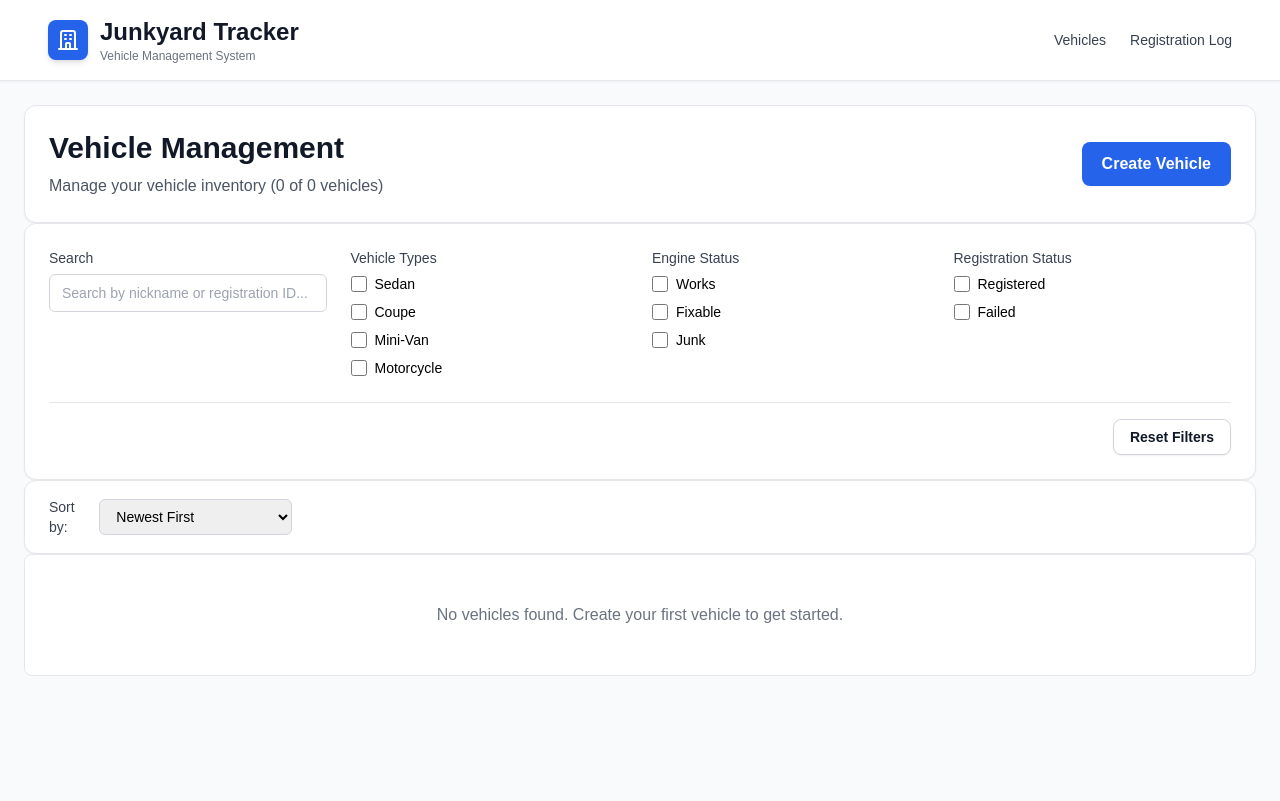
Repository: atomek88/vehicle-store
Page: /vehicles
These files come from the project's save history. The page is drawn as it stood at one moment and after a run of saves; the edit follows.
The browser window is 1280 px wide. The pictures show the whole page.
The project was rebuilt for these pictures with package versions that can differ from the ones it lists, and the page was loaded fresh each time. The framework's server and built-in components were replaced by stand-ins that run in the browser. Also part of the build but not shown: next.config.ts, src/components/ui/Badge.tsx, src/components/vehicle/SedanFields.tsx, src/components/vehicle/CoupeFields.tsx, src/components/vehicle/MiniVanFields.tsx, src/components/vehicle/MotorcycleFields.tsx, src/components/vehicle/VehicleForm.tsx, src/components/ui/ConfirmDialog.tsx.

Above is the page before, as saved 2026-01-21 00:35:45.

### app/layout.tsx
import type { Metadata } from "next";
import { Geist, Geist_Mono } from "next/font/google";
import "./globals.css";
import { ToastProvider } from "@/hooks/use-toast";
import { VehicleProvider } from "@/hooks/use-vehicles";
import { ToastContainer } from "@/components/ui/Toast";
import { Header } from "@/components/layout/Header";

const geistSans = Geist({
  variable: "--font-geist-sans",
  subsets: ["latin"],
});

const geistMono = Geist_Mono({
  variable: "--font-geist-mono",
  subsets: ["latin"],
});

export const metadata: Metadata = {
  title: "Vehicle Management System",
  description: "Manage your vehicle inventory",
};

export default function RootLayout({
  children,
}: Readonly<{
  children: React.ReactNode;
}>) {
  return (
    <html lang="en">
      <body
        className={`${geistSans.variable} ${geistMono.variable} antialiased`}
        suppressHydrationWarning
      >
        <VehicleProvider>
          <ToastProvider>
            <Header />
            {children}
            <ToastContainer />
          </ToastProvider>
        </VehicleProvider>
      </body>
    </html>
  );
}

### app/vehicles/page.tsx
'use client';

import { useState } from 'react';
import { useRouter } from 'next/navigation';
import { useVehicles } from '@/hooks/use-vehicles';
import { useToast } from '@/hooks/use-toast';
import { VehicleTable } from '@/components/vehicle/VehicleTable';
import { FiltersBar } from '@/components/vehicle/FiltersBar';
import { VehicleForm } from '@/components/vehicle/VehicleForm';
import { Button } from '@/components/ui/Button';
import { ConfirmDialog } from '@/components/ui/ConfirmDialog';
import { Select } from '@/components/ui/Select';
import { VehicleSorting } from '@/types';

export default function VehiclesPage() {
  const router = useRouter();
  const { state, filteredVehicles, setFilters, resetFilters, setSorting, createVehicle, deleteVehicle } = useVehicles();
  const { showToast } = useToast();
  const [isCreateModalOpen, setIsCreateModalOpen] = useState(false);
  const [deleteConfirm, setDeleteConfirm] = useState<{ isOpen: boolean; vehicleId: string | null }>({
    isOpen: false,
    vehicleId: null,
  });

  const handleDelete = async () => {
    if (!deleteConfirm.vehicleId) return;

    const result = await deleteVehicle(deleteConfirm.vehicleId);

    if (result.ok) {
      showToast('success', 'Vehicle deleted successfully');
    } else {
      showToast('error', result.error);
    }

    setDeleteConfirm({ isOpen: false, vehicleId: null });
  };

  const handleSortChange = (value: string) => {
    const [key, direction] = value.split('-') as [VehicleSorting['key'], VehicleSorting['direction']];
    setSorting({ key, direction });
  };

  const handleSeedData = async () => {
    const seedVehicles = [
      {
        type: 'sedan' as const,
        nickname: 'Family Sedan',
        mileage: 50000,
        wheels: 4,
        doors: 4,
        engineStatus: 'works' as const,
      },
      {
        type: 'coupe' as const,
        nickname: 'Sports Coupe',
        mileage: 25000,
        wheels: 4,
        doors: 2,
        engineStatus: 'fixable' as const,
      },
      {
        type: 'mini-van' as const,
        nickname: 'Cargo Van',
        mileage: 150000,
        wheels: 4,
        doors: 4,
        doorConfig: [{ sliding: true }, { sliding: true }, { sliding: false }, { sliding: false }],
        engineStatus: 'junk' as const,
      },
      {
        type: 'motorcycle' as const,
        nickname: 'Speed Bike',
        mileage: 15000,
        wheels: 2,
        seatStatus: 'works' as const,
        engineStatus: 'works' as const,
      },
      {
        type: 'sedan' as const,
        nickname: 'Old Sedan',
        mileage: 200000,
        wheels: 4,
        doors: 4,
        engineStatus: 'junk' as const,
      },
    ];

    for (const vehicleData of seedVehicles) {
      const result = await createVehicle(vehicleData);
      if (!result.ok) {
        showToast('error', `Failed to seed vehicle: ${result.error}`);
        return;
      }
    }

    showToast('success', `Seeded ${seedVehicles.length} vehicles successfully`);
  };

  if (state.hydrationStatus === 'loading') {
    return (
      <div className="flex min-h-screen items-center justify-center">
        <p className="text-gray-500">Loading vehicles...</p>
      </div>
    );
  }

  if (state.hydrationStatus === 'error') {
    return (
      <div className="flex min-h-screen items-center justify-center">
        <div className="text-center">
          <p className="text-red-600">Error loading vehicles</p>
          <p className="mt-2 text-sm text-gray-500">{state.hydrationError}</p>
        </div>
      </div>
    );
  }

  return (
    <div className="min-h-screen bg-gray-50 p-6 md:p-8 lg:p-12">
      <div className="mx-auto max-w-7xl space-y-8">
        {/* Header Section */}
        <div className="rounded-xl border border-gray-200 bg-white p-6 shadow-sm md:p-8">
          <div className="flex items-center justify-between">
            <div>
              <h1 className="text-3xl font-bold text-gray-900 md:text-4xl">Vehicle Management</h1>
              <p className="mt-2 text-base text-gray-600">
                Manage your vehicle inventory ({filteredVehicles.length} of {state.vehicles.length} vehicles)
              </p>
            </div>
            <div className="flex-shrink-0">
              <Button onClick={() => setIsCreateModalOpen(true)} className="shadow-md">
                Create Vehicle
              </Button>
            </div>
          </div>
        </div>

        {/* Filters Section */}
        <div className="rounded-xl border border-gray-200 bg-white shadow-sm">
          <FiltersBar
            filters={state.filters}
            onFiltersChange={setFilters}
            onReset={resetFilters}
            onSeedData={handleSeedData}
          />
        </div>

        {/* Sort Controls */}
        <div className="flex items-center justify-between rounded-xl border border-gray-200 bg-white px-6 py-4 shadow-sm">
          <div className="flex items-center gap-3">
            <span className="text-sm font-medium text-gray-700">Sort by:</span>
            <Select
              options={[
                { value: 'createdAt-desc', label: 'Newest First' },
                { value: 'createdAt-asc', label: 'Oldest First' },
                { value: 'nickname-asc', label: 'Nickname (A-Z)' },
                { value: 'nickname-desc', label: 'Nickname (Z-A)' },
                { value: 'mileage-asc', label: 'Mileage (Low to High)' },
                { value: 'mileage-desc', label: 'Mileage (High to Low)' },
              ]}
              value={`${state.sorting.key}-${state.sorting.direction}`}
              onChange={(e) => handleSortChange(e.target.value)}
            />
          </div>
        </div>

        <VehicleTable
          vehicles={filteredVehicles}
          onView={(id) => router.push(`/vehicles/${id}`)}
          onEdit={(id) => router.push(`/vehicles/${id}/edit`)}
          onDelete={(id) => setDeleteConfirm({ isOpen: true, vehicleId: id })}
        />

        {isCreateModalOpen && (
          <div className="fixed inset-0 z-50 flex items-center justify-center bg-black/50 p-4">
            <div className="w-full max-w-2xl rounded-lg bg-white p-6 shadow-xl">
              <h2 className="mb-6 text-2xl font-semibold text-gray-900">Create New Vehicle</h2>
              <VehicleForm
                onSubmit={async (data) => {
                  const result = await createVehicle(data);
                  if (result.ok) {
                    showToast('success', 'Vehicle created successfully');
                    setIsCreateModalOpen(false);
                  } else {
                    showToast('error', result.error);
                  }
                }}
                onCancel={() => setIsCreateModalOpen(false)}
              />
            </div>
          </div>
        )}

        <ConfirmDialog
          isOpen={deleteConfirm.isOpen}
          onClose={() => setDeleteConfirm({ isOpen: false, vehicleId: null })}
          onConfirm={handleDelete}
          title="Delete Vehicle"
          message="Are you sure you want to delete this vehicle? This action cannot be undone."
          confirmText="Delete"
          variant="danger"
        />
      </div>
    </div>
  );
}

### app/globals.css
@tailwind base;
@tailwind components;
@tailwind utilities;

@layer base {
  :root {
    --background: 0 0% 100%;
    --foreground: 222.2 84% 4.9%;
  }

  body {
    background: #f9fafb;
    color: var(--foreground);
    font-family: Arial, Helvetica, sans-serif;
    min-height: 100vh;
  }

  /* Enhanced focus indicators for accessibility */
  *:focus-visible {
    outline: 3px solid #3b82f6;
    outline-offset: 2px;
    border-radius: 4px;
  }

  /* Ensure buttons and links have visible focus */
  button:focus-visible,
  a:focus-visible,
  input:focus-visible,
  select:focus-visible,
  textarea:focus-visible {
    outline: 3px solid #3b82f6;
    outline-offset: 2px;
  }
}

@layer components {
  /* Enhanced card styling */
  .card {
    @apply rounded-xl border border-gray-200 bg-white shadow-sm transition-shadow hover:shadow-md;
  }

  /* Enhanced button styling */
  .btn-primary {
    @apply rounded-lg px-6 py-3 font-semibold shadow-sm transition-all hover:shadow-md;
  }

  /* Better spacing utilities */
  .section-spacing {
    @apply space-y-6;
  }
}

### src/components/layout/Header.tsx
'use client';

import Link from 'next/link';

export function Header() {
  return (
    <header className="sticky top-0 z-40 border-b border-gray-200 bg-white shadow-sm">
      <div className="mx-auto max-w-7xl px-6 py-4 md:px-8 lg:px-12">
        <div className="flex items-center justify-between">
          <Link href="/vehicles" className="flex items-center gap-3 transition-opacity hover:opacity-80">
            <div className="flex h-10 w-10 items-center justify-center rounded-lg bg-blue-600 text-white shadow-md">
              <svg
                className="h-6 w-6"
                fill="none"
                stroke="currentColor"
                viewBox="0 0 24 24"
                xmlns="http://www.w3.org/2000/svg"
              >
                <path
                  strokeLinecap="round"
                  strokeLinejoin="round"
                  strokeWidth={2}
                  d="M19 21V5a2 2 0 00-2-2H7a2 2 0 00-2 2v16m14 0h2m-2 0h-5m-9 0H3m2 0h5M9 7h1m-1 4h1m4-4h1m-1 4h1m-5 10v-5a1 1 0 011-1h2a1 1 0 011 1v5m-4 0h4"
                />
              </svg>
            </div>
            <div>
              <h1 className="text-xl font-bold text-gray-900 md:text-2xl">Junkyard Tracker</h1>
              <p className="text-xs text-gray-500">Vehicle Management System</p>
            </div>
          </Link>

          <nav className="flex items-center gap-6">
            <Link
              href="/vehicles"
              className="text-sm font-medium text-gray-700 transition-colors hover:text-blue-600"
            >
              Vehicles
            </Link>
            <Link
              href="/registration-log"
              className="text-sm font-medium text-gray-700 transition-colors hover:text-blue-600"
            >
              Registration Log
            </Link>
          </nav>
        </div>
      </div>
    </header>
  );
}

### src/components/ui/Button.tsx
import { ButtonHTMLAttributes, forwardRef } from 'react';
import { clsx } from 'clsx';

export interface ButtonProps extends ButtonHTMLAttributes<HTMLButtonElement> {
  variant?: 'primary' | 'secondary' | 'danger' | 'ghost';
  size?: 'sm' | 'md' | 'lg';
}

export const Button = forwardRef<HTMLButtonElement, ButtonProps>(
  ({ className, variant = 'primary', size = 'md', disabled, ...props }, ref) => {
    return (
      <button
        ref={ref}
        disabled={disabled}
        className={clsx(
          'inline-flex items-center justify-center rounded-lg font-semibold transition-all focus-visible:outline-none focus-visible:ring-2 focus-visible:ring-offset-2 disabled:pointer-events-none disabled:opacity-50',
          {
            'bg-blue-600 text-white shadow-sm hover:bg-blue-700 hover:shadow-md focus-visible:ring-blue-600':
              variant === 'primary',
            'border border-gray-300 bg-white text-gray-900 shadow-sm hover:bg-gray-50 hover:shadow-md focus-visible:ring-gray-500':
              variant === 'secondary',
            'bg-red-600 text-white shadow-sm hover:bg-red-700 hover:shadow-md focus-visible:ring-red-600':
              variant === 'danger',
            'bg-transparent text-gray-700 hover:bg-gray-100 focus-visible:ring-gray-500':
              variant === 'ghost',
          },
          {
            'h-11 px-5 py-2.5 text-base': size === 'md',
            'h-9 px-4 py-2 text-sm': size === 'sm',
            'h-12 px-8 py-3 text-lg': size === 'lg',
          },
          className
        )}
        {...props}
      />
    );
  }
);

Button.displayName = 'Button';

### src/components/ui/Input.tsx
import { InputHTMLAttributes, forwardRef } from 'react';
import { clsx } from 'clsx';

export interface InputProps extends InputHTMLAttributes<HTMLInputElement> {
  label?: string;
  error?: string | undefined;
  helperText?: string;
}

export const Input = forwardRef<HTMLInputElement, InputProps>(
  ({ className, label, error, helperText, id, ...props }, ref) => {
    const inputId = id || label?.toLowerCase().replace(/\s+/g, '-');

    return (
      <div className="w-full">
        {label && (
          <label
            htmlFor={inputId}
            className="mb-1.5 block text-sm font-medium text-gray-700"
          >
            {label}
          </label>
        )}
        <input
          ref={ref}
          id={inputId}
          className={clsx(
            'w-full rounded-md border px-3 py-2 text-sm transition-colors',
            'placeholder:text-gray-400',
            'focus:outline-none focus:ring-2 focus:ring-offset-1',
            'disabled:cursor-not-allowed disabled:opacity-50',
            error
              ? 'border-red-500 focus:border-red-500 focus:ring-red-500'
              : 'border-gray-300 focus:border-blue-500 focus:ring-blue-500',
            className
          )}
          aria-invalid={error ? 'true' : 'false'}
          aria-describedby={error ? `${inputId}-error` : helperText ? `${inputId}-helper` : undefined}
          {...props}
        />
        {error && (
          <p id={`${inputId}-error`} className="mt-1.5 text-sm text-red-600">
            {error}
          </p>
        )}
        {helperText && !error && (
          <p id={`${inputId}-helper`} className="mt-1.5 text-sm text-gray-500">
            {helperText}
          </p>
        )}
      </div>
    );
  }
);

Input.displayName = 'Input';

### src/lib/registration.ts
import { VehicleType, Registration } from '@/types';

// ═══════════════════════════════════════════════════════════════════════════
// REGISTRATION BUSINESS RULES
// ═══════════════════════════════════════════════════════════════════════════

/**
 * Business rules for vehicle registration:
 * - All vehicles register successfully when created
 * - Registration is immutable after creation
 */

interface RegistrationInput {
  type: VehicleType;
}

/**
 * Registers a vehicle and generates a unique registration ID.
 * Always returns a successful registration.
 */
export function attemptRegistration(input: RegistrationInput): Registration {
  const { type } = input;

  return {
    status: 'registered',
    registrationId: generateRegistrationId(type),
  };
}

/**
 * Generates a registration ID in the format: TYPE-XXXXX
 * where TYPE is the uppercase vehicle type and XXXXX is a random alphanumeric string.
 */
function generateRegistrationId(type: VehicleType): string {
  const prefix = type.toUpperCase().replace('-', '');
  const suffix = Math.random().toString(36).substring(2, 7).toUpperCase();
  return `${prefix}-${suffix}`;
}

/**
 * Checks if a registration represents a successful registration.
 */
export function isRegistered(registration: Registration): registration is { status: 'registered'; registrationId: string } {
  return registration.status === 'registered';
}

/**
 * Checks if a registration represents a failed registration.
 */
export function isFailed(registration: Registration): registration is { status: 'failed'; registrationError: string } {
  return registration.status === 'failed';
}

### src/lib/defaults.ts
import { VehicleType, EngineStatus, SeatStatus } from '@/types';

// ═══════════════════════════════════════════════════════════════════════════
// DEFAULT VALUES FOR VEHICLE FIELDS
// ═══════════════════════════════════════════════════════════════════════════

/**
 * Default engine status for all vehicles
 */
export const DEFAULT_ENGINE_STATUS: EngineStatus = 'works';

/**
 * Default seat status for motorcycles
 */
export const DEFAULT_SEAT_STATUS: SeatStatus = 'works';

/**
 * Default number of wheels based on vehicle type
 */
export function getDefaultWheels(type: VehicleType): 0 | 1 | 2 | 3 | 4 {
  switch (type) {
    case 'sedan':
    case 'coupe':
    case 'mini-van':
      return 4;
    case 'motorcycle':
      return 2;
    default:
      // Exhaustiveness check - TypeScript will error if we miss a case
      const _exhaustive: never = type;
      return _exhaustive;
  }
}

/**
 * Default number of doors based on vehicle type
 */
export function getDefaultDoors(type: VehicleType): 0 | 1 | 2 | 3 | 4 {
  switch (type) {
    case 'sedan':
    case 'mini-van':
      return 4;
    case 'coupe':
      return 2;
    case 'motorcycle':
      // Motorcycles don't have doors field, but TypeScript requires all cases
      return 0;
    default:
      const _exhaustive: never = type;
      return _exhaustive;
  }
}

/**
 * Default door configuration for mini-vans
 * Returns an array of door configs matching the number of doors
 */
export function getDefaultDoorConfig(doors: number): Array<{ sliding: boolean }> {
  return Array.from({ length: doors }, (_, index) => ({
    // First two doors are regular, rest are sliding
    sliding: index >= 2,
  }));
}

Loaded but not shown: tailwind.config.ts (common file); src/hooks/use-vehicles.tsx (307 lines, source omitted); src/lib/vehicle-service.ts (273 lines, source omitted); src/validations/schemas.ts (199 lines, source omitted); src/components/vehicle/FiltersBar.tsx (115 lines, source omitted); src/components/vehicle/VehicleTable.tsx (113 lines, source omitted); src/lib/storage.ts (112 lines, source omitted); src/components/ui/Toast.tsx (90 lines, source omitted); src/components/ui/Select.tsx (73 lines, source omitted); src/hooks/use-toast.tsx (76 lines, source omitted)

After the next 2 saves:
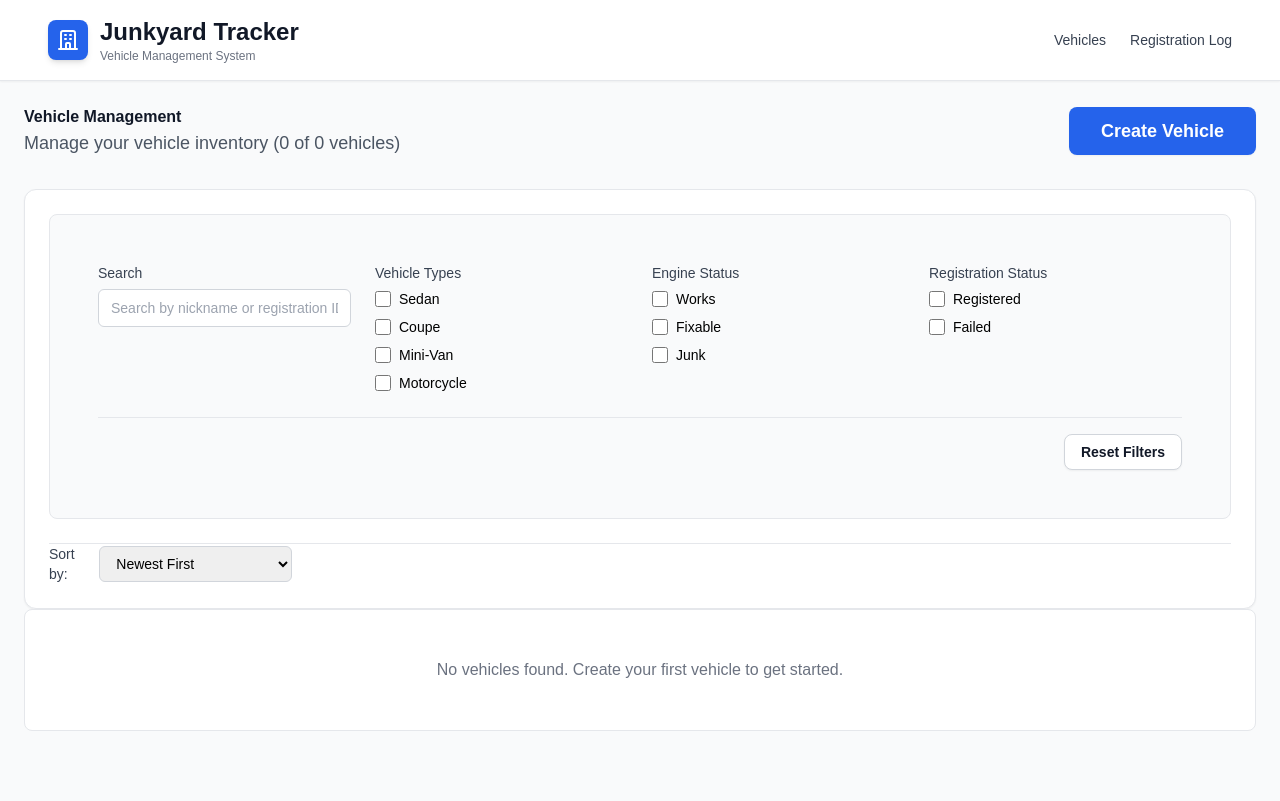
The 2 saves are shown as one change because 1 did not build or start.
The last was saved 16 s later.
--- a/app/vehicles/page.tsx
+++ b/app/vehicles/page.tsx
@@ -119,49 +119,55 @@ export default function VehiclesPage() {
   return (
     <div className="min-h-screen bg-gray-50 p-6 md:p-8 lg:p-12">
       <div className="mx-auto max-w-7xl space-y-8">
-        {/* Header Section */}
-        <div className="rounded-xl border border-gray-200 bg-white p-6 shadow-sm md:p-8">
+        {/* Page Header */}
+        <div className="mb-8">
           <div className="flex items-center justify-between">
             <div>
-              <h1 className="text-3xl font-bold text-gray-900 md:text-4xl">Vehicle Management</h1>
-              <p className="mt-2 text-base text-gray-600">
+              <h1 className="text-4xl font-bold text-gray-900 md:text-5xl">Vehicle Management</h1>
+              <p className="mt-3 text-lg text-gray-600">
                 Manage your vehicle inventory ({filteredVehicles.length} of {state.vehicles.length} vehicles)
               </p>
             </div>
             <div className="flex-shrink-0">
-              <Button onClick={() => setIsCreateModalOpen(true)} className="shadow-md">
+              <Button onClick={() => setIsCreateModalOpen(true)} className="shadow-md" size="lg">
                 Create Vehicle
               </Button>
             </div>
           </div>
         </div>
 
-        {/* Filters Section */}
-        <div className="rounded-xl border border-gray-200 bg-white shadow-sm">
-          <FiltersBar
-            filters={state.filters}
-            onFiltersChange={setFilters}
-            onReset={resetFilters}
-            onSeedData={handleSeedData}
-          />
-        </div>
-
-        {/* Sort Controls */}
-        <div className="flex items-center justify-between rounded-xl border border-gray-200 bg-white px-6 py-4 shadow-sm">
-          <div className="flex items-center gap-3">
-            <span className="text-sm font-medium text-gray-700">Sort by:</span>
-            <Select
-              options={[
-                { value: 'createdAt-desc', label: 'Newest First' },
-                { value: 'createdAt-asc', label: 'Oldest First' },
-                { value: 'nickname-asc', label: 'Nickname (A-Z)' },
-                { value: 'nickname-desc', label: 'Nickname (Z-A)' },
-                { value: 'mileage-asc', label: 'Mileage (Low to High)' },
-                { value: 'mileage-desc', label: 'Mileage (High to Low)' },
-              ]}
-              value={`${state.sorting.key}-${state.sorting.direction}`}
-              onChange={(e) => handleSortChange(e.target.value)}
-            />
+        {/* Content Section */}
+        <div className="rounded-xl border border-gray-200 bg-white p-6 shadow-sm md:p-8">
+          <div className="space-y-6">
+
+            {/* Filters Section */}
+            <div className="rounded-lg border border-gray-200 bg-gray-50 p-6">
+              <FiltersBar
+                filters={state.filters}
+                onFiltersChange={setFilters}
+                onReset={resetFilters}
+                onSeedData={handleSeedData}
+              />
+            </div>
+
+            {/* Sort Controls */}
+            <div className="flex items-center justify-between border-t border-gray-200 pt-6">
+              <div className="flex items-center gap-3">
+                <span className="text-sm font-medium text-gray-700">Sort by:</span>
+                <Select
+                  options={[
+                    { value: 'createdAt-desc', label: 'Newest First' },
+                    { value: 'createdAt-asc', label: 'Oldest First' },
+                    { value: 'nickname-asc', label: 'Nickname (A-Z)' },
+                    { value: 'nickname-desc', label: 'Nickname (Z-A)' },
+                    { value: 'mileage-asc', label: 'Mileage (Low to High)' },
+                    { value: 'mileage-desc', label: 'Mileage (High to Low)' },
+                  ]}
+                  value={`${state.sorting.key}-${state.sorting.direction}`}
+                  onChange={(e) => handleSortChange(e.target.value)}
+                />
+              </div>
+            </div>
           </div>
         </div>
 
